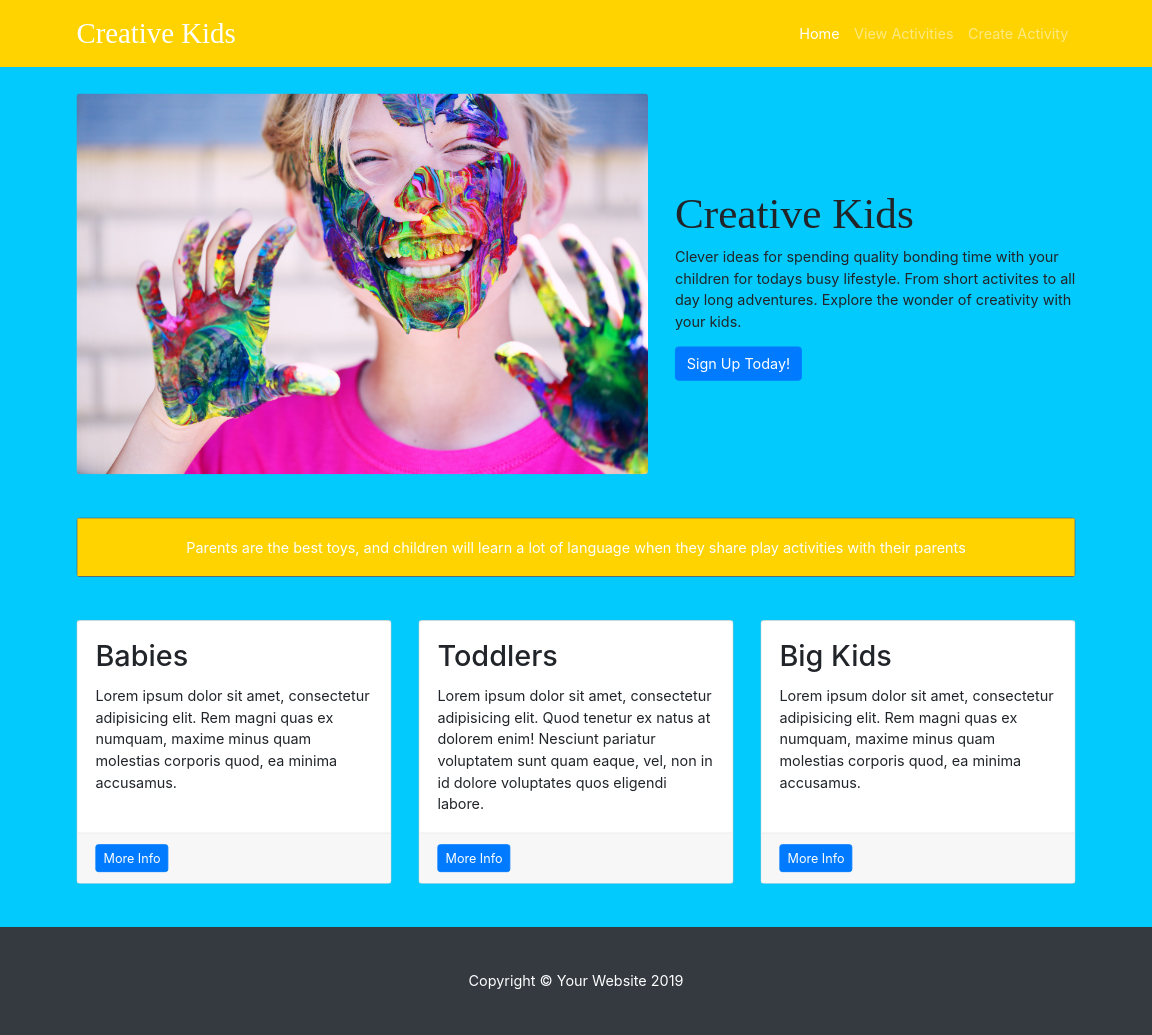
Repository: Neilfoster/milestone_project_3
Page: http://localhost/
The author's editor kept a record of every edit. The page is drawn from the files as they stood at one moment, then again after the next edit.
The browser window is 1280 px wide. The pictures show the whole page, at 90% of full size.
Some web fonts or font styles are not loaded; a fallback is used. Some web libraries are served in a nearby version. The page is served by the project's application, run on Flask 3 (app.py). Queries for data that is not in the repository find no rows.

Above is the page before.

After the next edit:
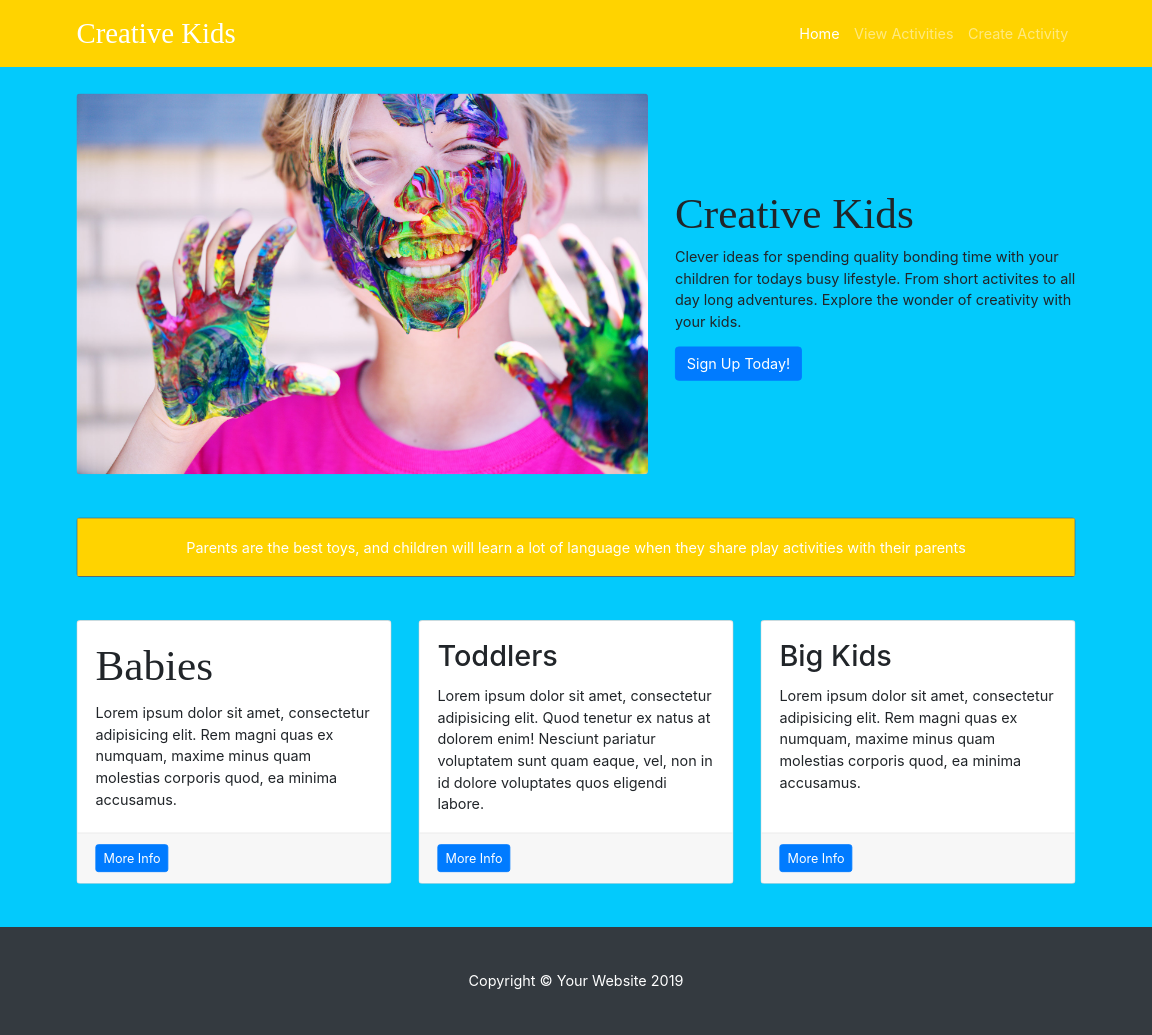
The edit:
--- a/templates/home.html
+++ b/templates/home.html
@@ -32,7 +32,7 @@
       <div class="col-md-4 mb-5">
         <div class="card h-100">
           <div class="card-body">
-            <h2 class="card-title">Babies</h2>
+            <h2 class="card-title home_title">Babies</h2>
             <p class="card-text">Lorem ipsum dolor sit amet, consectetur adipisicing elit. Rem magni quas ex numquam, maxime minus quam molestias corporis quod, ea minima accusamus.</p>
           </div>
           <div class="card-footer">
